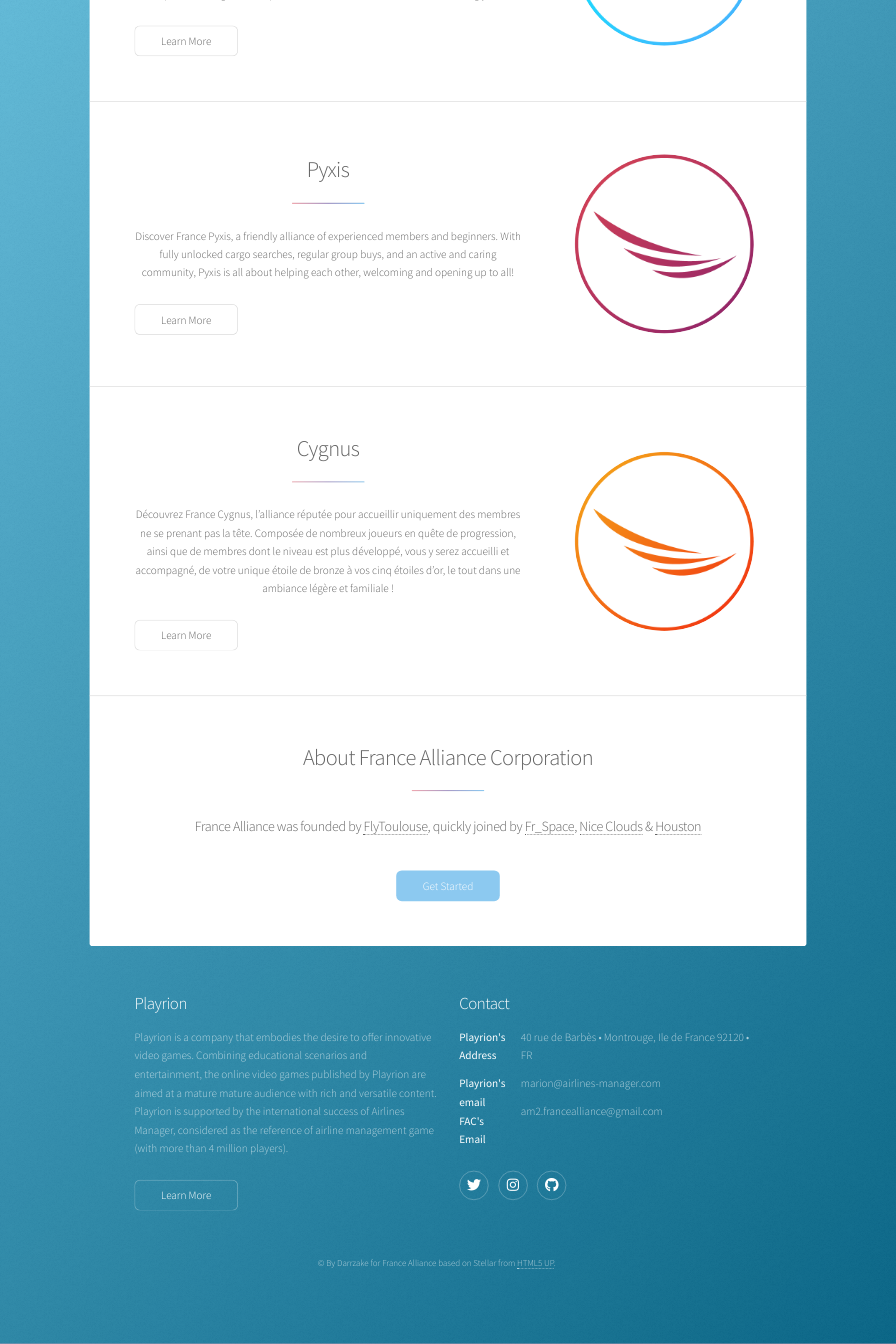
Repository: France-Alliance/France-Alliance.github.io
Page: index.html
These files come from the project's save history. The page is drawn as it stood at one moment and after the next save; the edit follows.
The browser window is 1280 px wide. The pictures show the part of the page from y = 1228 to 3148 px (the page is 3148 px tall before and 3122 px after), at 70% of full size.

Above is the page before, as saved 2021-04-09 23:40:56.

### index.html
<!DOCTYPE HTML>
<!--
	From Stellar by HTML5 UP
	html5up.net | @ajlkn
	Free for personal and commercial use under the CCA 3.0 license (html5up.net/license)
-->
<html>

<head>
	<title>France Alliance Corporation</title>
	<meta charset="utf-8" />
	<meta name="viewport" content="width=device-width, initial-scale=1, user-scalable=no" />
	<link rel="stylesheet" href="assets/css/main.css" />
	<noscript>
		<link rel="stylesheet" href="assets/css/noscript.css" />
	</noscript>
	<script src="https://twemoji.maxcdn.com/v/latest/twemoji.min.js" crossorigin="anonymous"></script>
</head>

<body class="is-preload">

	<!-- Wrapper -->
	<div id="wrapper">

		<!-- Header -->
		<header id="header" class="alt">
			<span class="logo"><img src="images/Fichier 1.png" alt="" /></span>
			<h1>France Alliance</h1>
			<p>A corporation of alliances by players, for players !<br>
				<i><a href="https://discord.com/invite/ZGWHpfm">Come and fly with us !</a></i></u><br>
			</p>
		</header>



		<!-- Nav -->
		<nav id="nav">
			<ul>
				<li><a href="#intro" class="active">Corporation</a></li>
				<li><a href="#first">Aquila</a></li>
				<li><a href="#second">Pyxis</a></li>
				<li><a href="#third">Cygnus</a></li>
				<li><a href="#au">About us</a></li>
			</ul>
		</nav>

		<!-- Main -->
		<div id="main">
			<!-- Introduction -->
			<section id="intro" class="main">
				<div class="spotlight">
					<div class="content">
						<header class="major">
							<h2>France Alliance Corporation</h2>
						</header>
						<p>We offer help for each member, regular group purchases, research adapted to members&#39;
							needs,
							responsibilities for those who want to get involved, contests, a lounge reserved for press
							releases, a large
							reception structure and a friendly community! In addition, many statistics are studied and
							presented every week in order to measure the progress of the
							alliances.</p>
						<ul class="actions">
							<li><a href="generic.html" class="button">Learn More</a></li>
						</ul>
					</div>
					<span class="image"><img src="Ressources/Fichier 1.png" alt="" /></span>
				</div>
			</section>

			<!-- First Section Example
							<section id="second" class="main special">
								<header class="major">
									<h2>Magna veroeros</h2>
								</header>
								<ul class="features">
									<li>
										<span class="icon solid major style1 fa-code"></span>
										<h3>Ipsum consequat</h3>
										<p>Sed lorem amet ipsum dolor et amet nullam consequat a feugiat consequat tempus veroeros sed consequat.</p>
									</li>
									<li>
										<span class="icon major style3 fa-copy"></span>
										<h3>Amed sed feugiat</h3>
										<p>Sed lorem amet ipsum dolor et amet nullam consequat a feugiat consequat tempus veroeros sed consequat.</p>
									</li>
									<li>
										<span class="icon major style5 fa-gem"></span>
										<h3>Dolor nullam</h3>
										<p>Sed lorem amet ipsum dolor et amet nullam consequat a feugiat consequat tempus veroeros sed consequat.</p>
									</li>
								</ul>
								<footer class="major">
									<ul class="actions special">
										<li><a href="generic.html" class="button">Learn More</a></li>
									</ul>
								</footer>
							</section>
				-->

			<!-- Second Section
							<section id="second" class="main special">
								<header class="major">
									<h2>Ipsum consequat</h2>
									<p>Donec imperdiet consequat consequat. Suspendisse feugiat congue<br />
									posuere. Nulla massa urna, fermentum eget quam aliquet.</p>
								</header>
								<ul class="statistics">
									<li class="style1">
										<span class="icon solid fa-code-branch"></span>
										<strong>5,120</strong> Etiam
									</li>
									<li class="style2">
										<span class="icon fa-folder-open"></span>
										<strong>8,192</strong> Magna
									</li>
									<li class="style3">
										<span class="icon solid fa-signal"></span>
										<strong>2,048</strong> Tempus
									</li>
									<li class="style4">
										<span class="icon solid fa-laptop"></span>
										<strong>4,096</strong> Aliquam
									</li>
									<li class="style5">
										<span class="icon fa-gem"></span>
										<strong>1,024</strong> Nullam
									</li>
								</ul>
								<p class="content">Nam elementum nisl et mi a commodo porttitor. Morbi sit amet nisl eu arcu faucibus hendrerit vel a risus. Nam a orci mi, elementum ac arcu sit amet, fermentum pellentesque et purus. Integer maximus varius lorem, sed convallis diam accumsan sed. Etiam porttitor placerat sapien, sed eleifend a enim pulvinar faucibus semper quis ut arcu. Ut non nisl a mollis est efficitur vestibulum. Integer eget purus nec nulla mattis et accumsan ut magna libero. Morbi auctor iaculis porttitor. Sed ut magna ac risus et hendrerit scelerisque. Praesent eleifend lacus in lectus aliquam porta. Cras eu ornare dui curabitur lacinia.</p>
								<footer class="major">
									<ul class="actions special">
										<li><a href="generic.html" class="button">Learn More</a></li>
									</ul>
								</footer>
							</section>
				-->
			<!-- First Section -->
			<section id="first" class="main special">
				<div class="spotlight">
					<div class="content">
						<header class="major">
							<h2>Aquila</h2>
						</header>
						<p>Discover France Aquila, the Corporation's "performance" alliance. With a fully unlocked lab,
							increased participation in group purchase, and invested and friendly members, you're welcome
							if you have strong gaming and management experience. Aquila is aiming for the top 50, and
							its members look forward to meeting you!</p>
						<ul class="actions">
							<li><a href="https://www.airlines-manager.com/alliance/profile/74365" class="button">Learn
									More</a></li>
						</ul>
					</div>
					<span class="image"><img src="Ressources/Fichier 2.png" alt="" /></span>
				</div>
			</section>

			<!-- Second Section -->
			<section id="second" class="main special">
				<div class="spotlight">
					<div class="content">
						<header class="major">
							<h2>Pyxis</h2>
						</header>
						<p>Discover France Pyxis, a friendly alliance of experienced members and beginners. With fully
							unlocked cargo searches, regular group buys, and an active and caring community, Pyxis is
							all about helping each other, welcoming and opening up to all!</p>
						<ul class="actions">
							<li><a href="https://www.airlines-manager.com/alliance/profile/88492" class="button">Learn
									More</a></li>
						</ul>
					</div>
					<span class="image"><img src="Ressources/Fichier 3.png" alt="" /></span>
				</div>
			</section>

			<!-- Third Section -->
			<section id="third" class="main special">
				<div class="spotlight">
					<div class="content">
						<header class="major">
							<h2>Cygnus</h2>
						</header>
						<p>Découvrez France Cygnus, l’alliance réputée pour accueillir uniquement des membres ne se
							prenant pas la tête. Composée de nombreux joueurs en quête de progression, ainsi que de
							membres dont le niveau est plus développé, vous y serez accueilli et accompagné, de votre
							unique étoile de bronze à vos cinq étoiles d’or, le tout dans une ambiance légère et
							familiale !</p>
						<ul class="actions">
							<li><a href="https://www.airlines-manager.com/alliance/profile/92914" class="button">Learn
									More</a></li>
						</ul>
					</div>
					<span class="image"><img src="Ressources/Fichier 4.png" alt="" /></span>
				</div>
			</section>

			<!-- About us -->
			<section id="au" class="main special">
				<header class="major">
					<h2>About France Alliance Corporation</h2>
					<p>France Alliance was founded by <a
							href="https://www.airlines-manager.com/company/profile/airline/450718">FlyToulouse</a>,
						quickly joined by
						<a href="https://www.airlines-manager.com/company/profile/airline/2783241">Fr_Space</a>,
						<a href="https://www.airlines-manager.com/company/profile/airline/1526728">Nice Clouds</a> &
						<a href="https://www.airlines-manager.com/company/profile/airline/4164392">Houston</a>
					</p>
				</header>
				<footer class="major">
					<ul class="actions special">
						<li><a href="https://discord.com/invite/ZGWHpfm" class="button primary">Get Started</a></li>
						<!--<li><a href="generic.html" class="button">Learn More</a></li>-->
					</ul>
				</footer>
			</section>
		</div>

		<!-- Footer -->
		<footer id="footer">
			<section>
				<h2>Playrion</h2>
				<p>Playrion is a company that embodies the desire to offer innovative video games.
					Combining educational scenarios and entertainment, the online video games published by Playrion are
					aimed at a mature
					mature audience with rich and versatile content.
					Playrion is supported by the international success of Airlines Manager, considered as the reference
					of
					airline management game (with more than 4 million players).
				</p>
				<ul class="actions">
					<li><a href="https://discord.gg/airlinesmanager" class="button">Learn More</a></li>
				</ul>
			</section>
			<section>
				<h2>Contact</h2>
				<dl class="alt">
					<dt>Playrion's Address</dt>
					<dd>40 rue de Barbès &bull; Montrouge, Ile de France 92120 &bull; FR</dd>
					<dt>Playrion's email</dt>
					<dd> marion@airlines-manager.com</dd>
					<dt>FAC's Email</dt>
					<dd>am2.francealliance@gmail.com</dd>
				</dl>
				<ul class="icons">
					<li><a href="https://twitter.com/FranceAlliance" class="icon brands fa-twitter alt"><span
								class="label">Twitter</span></a></li>
					<!--<li><a href="#" class="icon brands fa-facebook-f alt"><span class="label">Facebook</span></a></li>-->
					<li><a href="https://www.instagram.com/francealliance" class="icon brands fa-instagram alt"><span
								class="label">Instagram</span></a></li>
					<li><a href="https://github.com/France-Alliance" class="icon brands fa-github alt"><span
								class="label">GitHub</span></a></li>
					<!--<li><a href="#" class="icon brands fa-dribbble alt"><span class="label">Dribbble</span></a></li>-->
				</ul>
			</section>
			<p class="copyright">&copy; By Darrzake for France Alliance based on Stellar from <a
					href="https://html5up.net">HTML5 UP</a>.</p>
		</footer>

	</div>

	<!-- Scripts -->
	<script src="assets/js/jquery.min.js"></script>
	<script src="assets/js/jquery.scrollex.min.js"></script>
	<script src="assets/js/jquery.scrolly.min.js"></script>
	<script src="assets/js/browser.min.js"></script>
	<script src="assets/js/breakpoints.min.js"></script>
	<script src="assets/js/util.js"></script>
	<script src="assets/js/main.js"></script>

</body>

</html>

Loaded but not shown: assets/css/fontawesome-all.min.css (library); assets/js/jquery.min.js (library); assets/js/jquery.scrollex.min.js (common file); assets/js/jquery.scrolly.min.js (common file); assets/js/browser.min.js (common file); assets/js/breakpoints.min.js (common file); assets/js/util.js (587 lines, source omitted); assets/js/main.js (123 lines, source omitted); assets/css/main.css (3784 lines, source omitted)

After the next save:
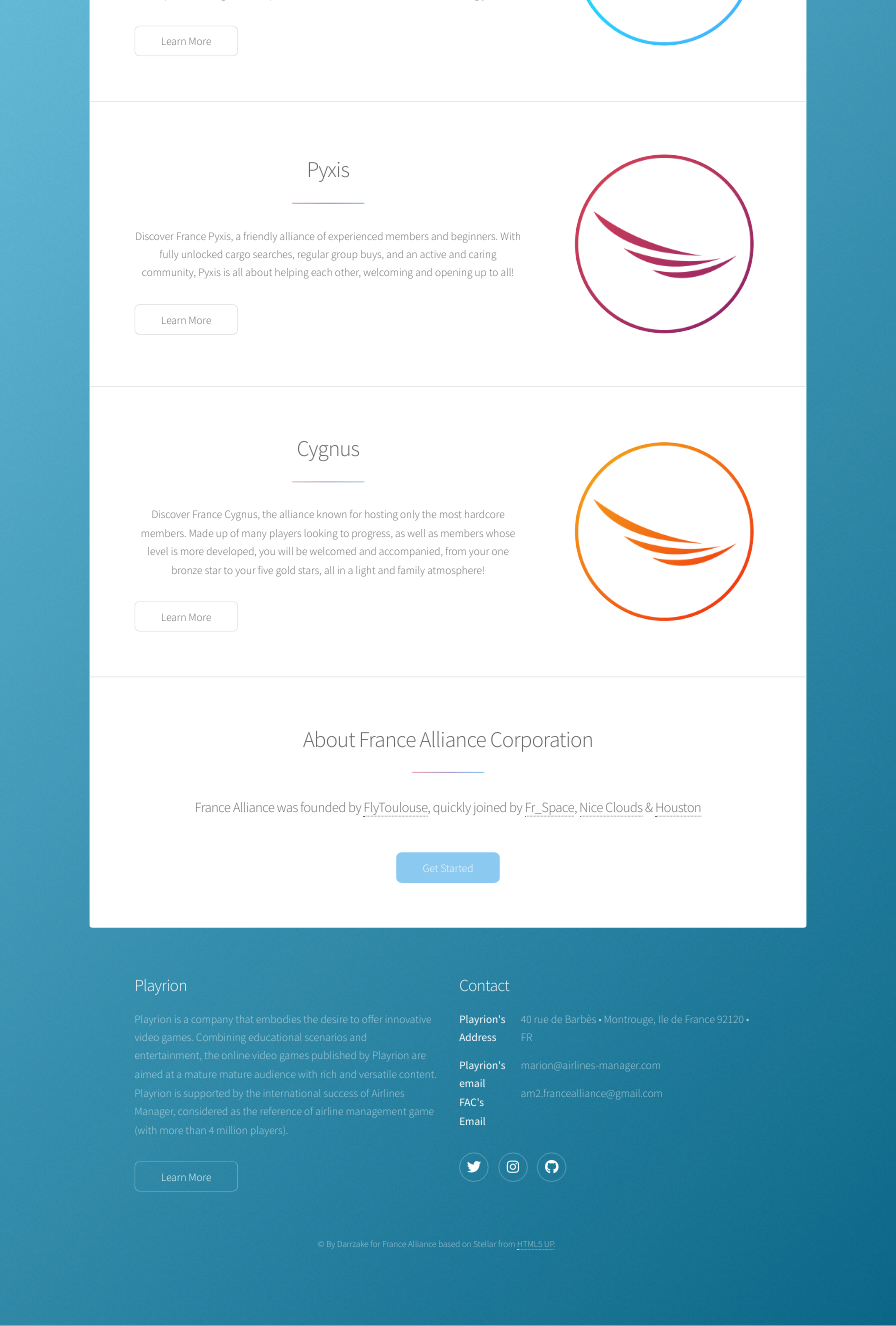
Saved 4 min 3 s later.
--- a/index.html
+++ b/index.html
@@ -181,11 +181,10 @@
 						<header class="major">
 							<h2>Cygnus</h2>
 						</header>
-						<p>Découvrez France Cygnus, l’alliance réputée pour accueillir uniquement des membres ne se
-							prenant pas la tête. Composée de nombreux joueurs en quête de progression, ainsi que de
-							membres dont le niveau est plus développé, vous y serez accueilli et accompagné, de votre
-							unique étoile de bronze à vos cinq étoiles d’or, le tout dans une ambiance légère et
-							familiale !</p>
+						<p>Discover France Cygnus, the alliance known for hosting only the most hardcore members. Made
+							up of many players looking to progress, as well as members whose level is more developed,
+							you will be welcomed and accompanied, from your one bronze star to your five gold stars, all
+							in a light and family atmosphere!</p>
 						<ul class="actions">
 							<li><a href="https://www.airlines-manager.com/alliance/profile/92914" class="button">Learn
 									More</a></li>
